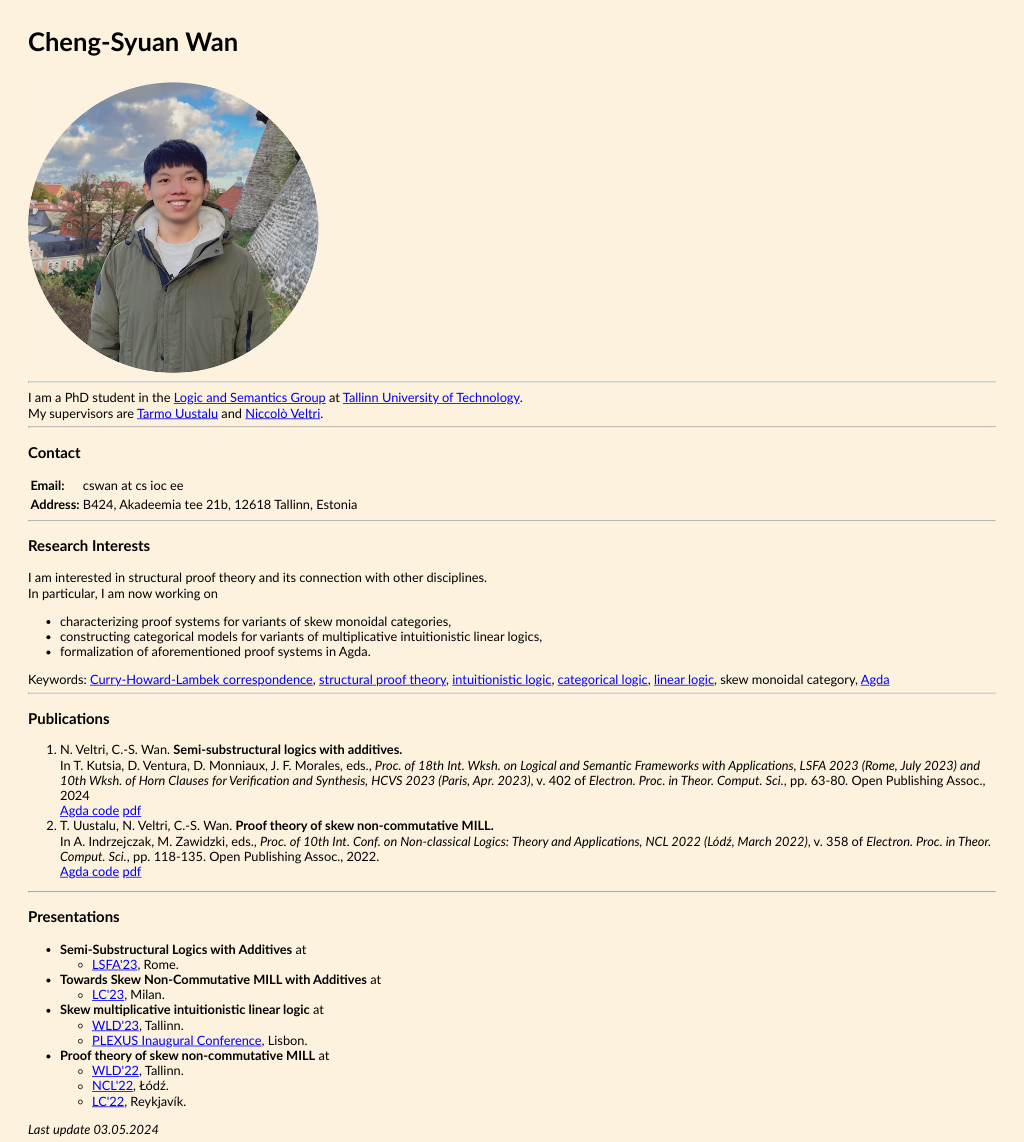
Repository: cswphilo/cswphilo.github.io
Page: index.html
An editor plug-in stored every save of this project. The page is shown before and after the next save, followed by the edit.
The browser window is 1280 px wide. The pictures show the whole page, at 80% of full size.

Above is the page before, as saved 2024-05-03 09:17:47.

After the next save:
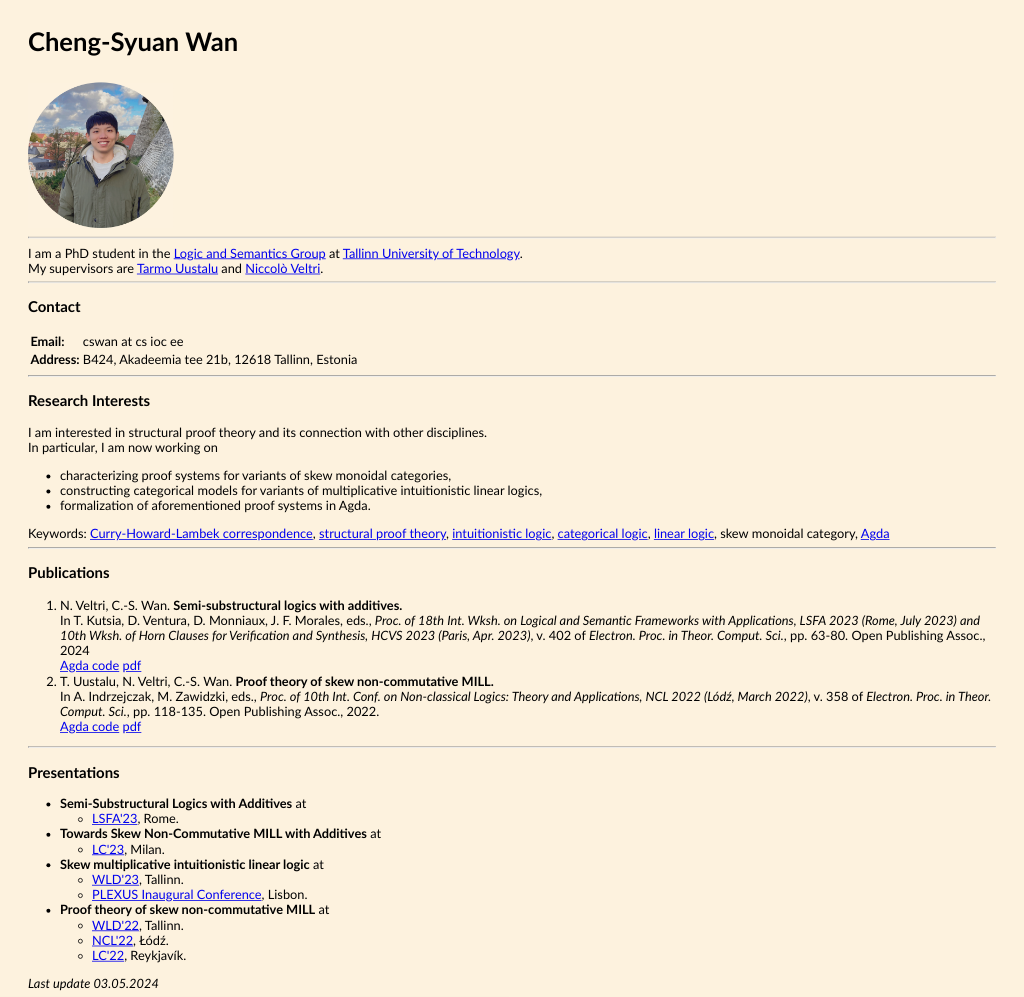
Saved 84 s later.
--- a/index.html
+++ b/index.html
@@ -20,7 +20,7 @@
 </head>
 <body>
     <div><h1><p>Cheng-Syuan Wan</p></h1>
-        <img src="avatar2.png" style="width:30%;height:30%;">
+        <img src="avatar2.png" style="width:15%;height:15%;">
     </div>
     <hr/>
     <div>
